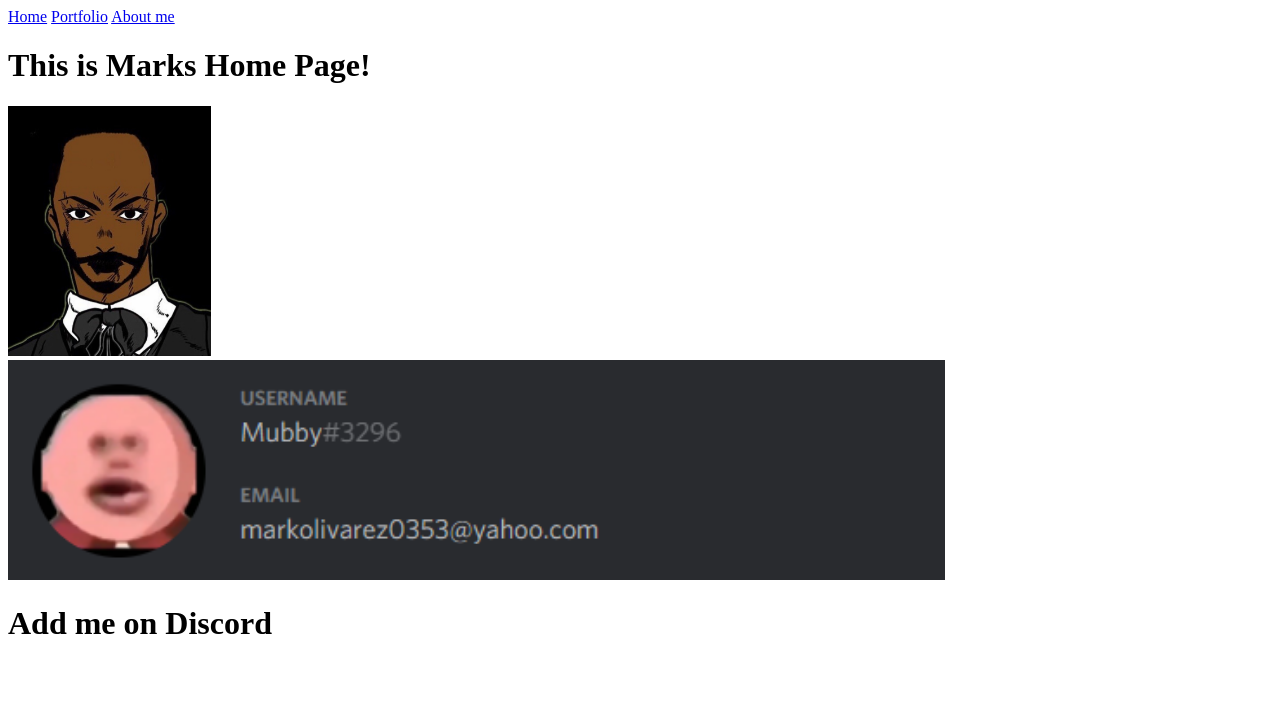
Repository: MOlivarez541/MOlivarez541.github.io
Page: my_website/index.html
The author's editor kept a record of every edit. The page is drawn from the files as they stood at one moment, then again after the next edit.
The browser window is 1280 px wide. The pictures show the whole page.

Above is the page before.

After the next edit:
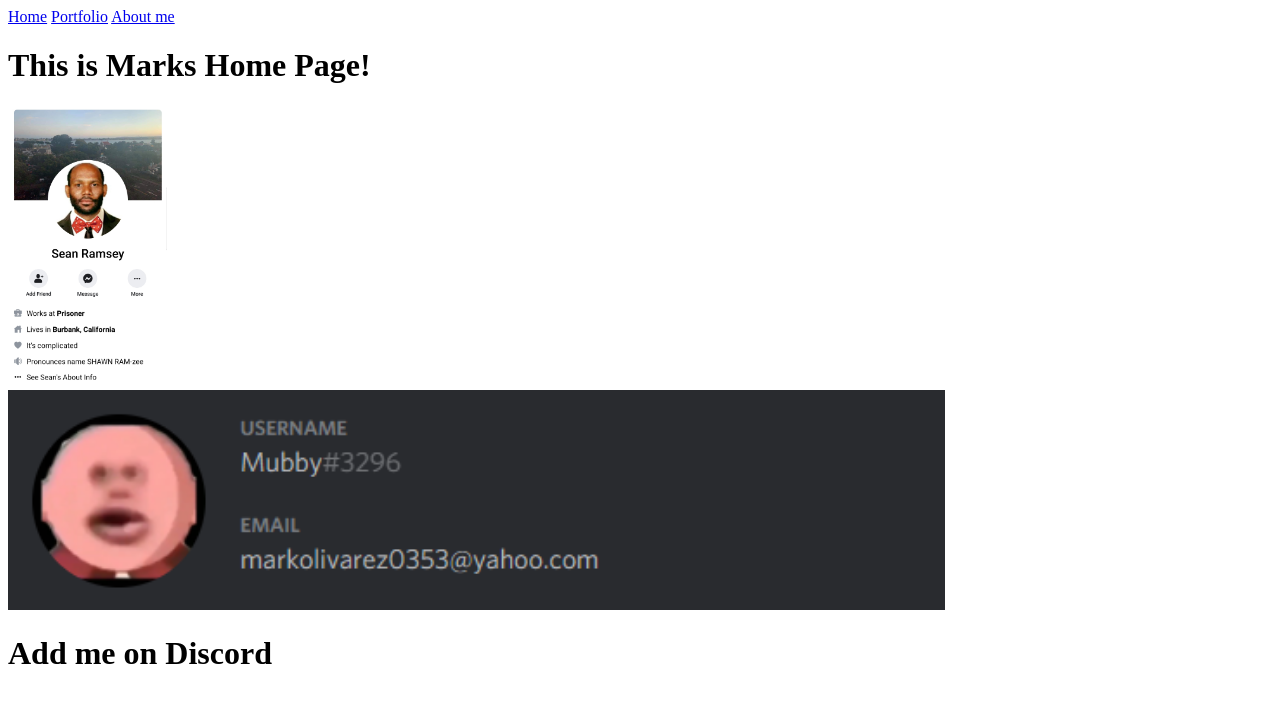
The edit:
--- a/my_website/index.html
+++ b/my_website/index.html
@@ -9,7 +9,7 @@
     <a href="portfolio.html">Portfolio</a>
     <a href="aboutme.html">About me</a>
     <h1>This is Marks Home Page!</h1>
-    <img src="images/JOJORamsey.jpg" height="250">
+    <img src="images/seanramsey.jpg" height="280">
     <br>
     <img src="images/discordProfile.jpg" height="220">
     <h1>Add me on Discord</h1>
